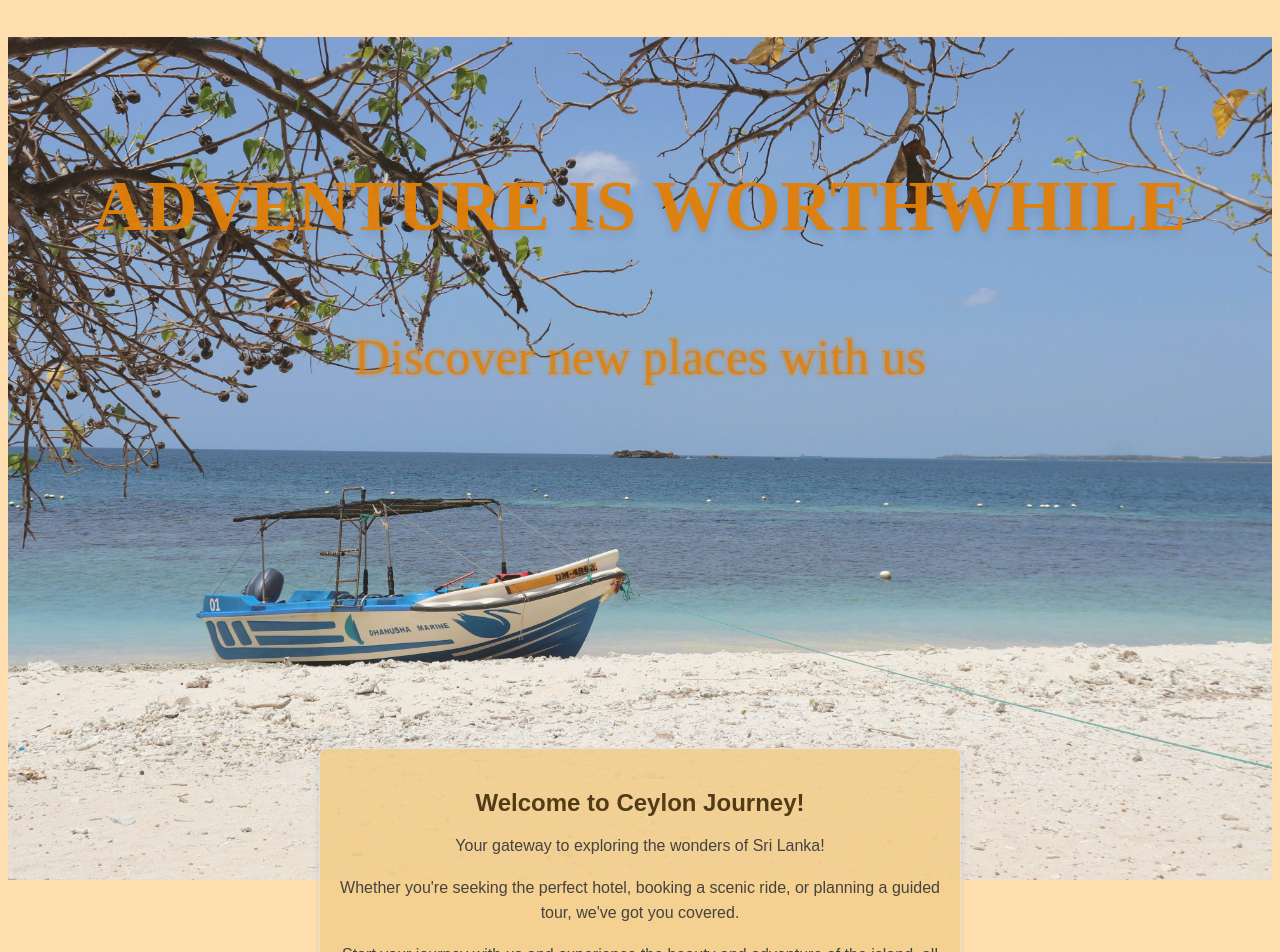
Repository: KasunInd27/Ceylon-Journey
Page: Home/home.html
The author's editor kept a copy of each file at every save. The page is drawn from the files as they stood at one save, then again after the next save.
The browser window is 1280 px wide. The pictures show the part of the page from y = 0 to 952 px (the page is 1542 px tall).
A picture or video elsewhere on the page could not be fetched, so the positions and the page height are approximate.

Above is the page before, as saved 2024-10-05 16:09:24.
Console error: SyntaxError: Unexpected token '<'

### Home/home.html
<!DOCTYPE html>
<html lang="en">
<head>
    <meta charset="UTF-8">
    <meta name="viewport" content="width=device-width, initial-scale=1.0">
    <!-- Font Awesome CDN link for using icons -->
    <link rel="stylesheet" href="https://cdnjs.cloudflare.com/ajax/libs/font-awesome/5.15.3/css/all.min.css">
    <link href="https://fonts.googleapis.com/css2?family=Roboto:wght@400;700&display=swap" rel="stylesheet">

    <link rel="stylesheet" href="CSS/home.css">
    <script src="JS/home.js"></script>
    <style>
        .mySlides {display:none;}
    </style>
    <title>Home Page</title>
</head>
<body>
    <section class="home" id="home">
        <div class="content">
            <h3>adventure is worthwhile</h3>
            <p>Discover new places with us</p>
        </div>

        <div class="slide">
            <img class="homeSlides" src="../image/train.jpg" style="width:100%">
            <img class="homeSlides" src="../image/boat.jpg" style="width:100%">
            <img class="homeSlides" src="../image/fish.jpg" style="width:100%">
        </div>
    </section>

    <section class="welcome">
        <h2>Welcome to Ceylon Journey!</h2>
        <p>Your gateway to exploring the wonders of Sri Lanka!</p>
        <p>Whether you're seeking the perfect hotel, booking a scenic ride, or planning a guided tour, we've got you covered.</p>
        <p>Start your journey with us and experience the beauty and adventure of the island, all in one place.</p>
    </section>

    <div class="details">
        <div class="detailsInner">
            <h2>300 + hotel</h2>
            <a href="#"><img src="../image/hotel-home.jpg"></a>
            <a href="#"><p>For affordable prices</p></a>
        </div>

        <div class="detailsInner">
            <h2>Discover beauty of Sri Lanka</h2>
            <a href="#"><img src="../image/place-home.jpg"></a>
            <a href="#"><p>Most trending destinations</p></a>
        </div>

        <div class="detailsInner">
            <h2>Fascinating Discount</h2>
            <a href="#"><img src="../image/discount-home.jpg"></a>
            <a href="#"><p>Enjoy discount for your stay</p></a>
        </div>
    </div>








    <script>
        var myIndex = 0;
        carousel();

        function carousel() {
          var i;
          var x = document.getElementsByClassName("homeSlides");
          for (i = 0; i < x.length; i++) {
            x[i].style.display = "none";
          }
          myIndex++;
          if (myIndex > x.length) {myIndex = 1}
          x[myIndex-1].style.display = "block";
          setTimeout(carousel, 4000); // Change image every 2 seconds
        }
        </script>




</body>
</html>

### Home/CSS/home.css
body{
    background-color: #ffdfaf;
}

.home.controls {
    padding: 1rem;
    border-radius: 5rem;
    background: rgba(169, 1, 1, 0.7);
    position: relative;
    top: 10rem;

}

.home .controls .img-btn {

    height: 2rem;
    width: 2rem;
    display: inline-block;
    border-radius: 50%;
    background: #fff;
    cursor: pointer;
    margin: 0 .5rem;

}
.home .controls .img-btn.active {
    background: var(--orange);
}

.content
{
    margin-top: -200px;
    text-shadow: 0px 0px 5px;
}

#home {
    min-height: 100vh;
    /* Ensures it takes up the full viewport height */
    display: flex;
    /* Enables flexbox layout */
    align-items: center;
    /* Vertically centers content */
    justify-content: center;
    /* Horizontally centers content */
    flex-flow: column;
    /* Aligns children in a column layout */
    position: relative;
    /* Allows child elements to use absolute positioning */
    z-index: 0;
    /* Ensures this section has the correct stacking order */
    margin-left: 0px;
    margin-right: 0px;
}
.home .content {
    text-align: center;
    /* Centers the text within the .content container */
}
/* Styles for h3 elements inside the .content class within the .home section */

.home .content h3 {
    font-size: 4.5rem;
    /* Sets a large font size for the heading */
    color: #e17f08f4;
    /* White text color */
    text-transform: uppercase;
    /* Makes the text uppercase */
    text-shadow: 0 .3rem .5rem rgba(0, 0, 0, .1);
    /* Adds a soft shadow to the text */
}

.home .content p {
    font-size: 2.5rem;
    /* Sets the font size for paragraphs inside the .content class in the .home section */
    color: #e17f08f4;
    /* Sets the text color to white */
    padding: 0.5rem 0;
    /* Adds vertical padding (top and bottom) of 0.5rem */
    opacity: 0.90;
    z-index: -1;
    font-size: 50px;
}


.slide
{
    margin-top: -590px;
    background-size:contain;
    background-position:center;
    background-repeat: no-repeat;
    position:absolute;
    width: 100%;
    height: 10%;
    opacity: 0.90;
    z-index: -1;
}

.welcome {
    background-color: #f3cf8e; /* Light background */
    border: 1px solid #dee2e6; /* Border around the section */
    border-radius: 8px; /* Rounded corners */
    padding: 20px; /* Padding inside the section */
    margin: 20px auto; /* Center the section */
    max-width: 600px; /* Maximum width */
    text-align: center; /* Center text */
    box-shadow: 0 4px 8px rgba(0, 0, 0, 0.1); /* Subtle shadow for depth */
    font-family: 'Playwrite Deutschland Grundschrift', sans-serif; /* Apply the Roboto font */
    z-index: -1;
    opacity: 0.90;
}

.welcome h2 {
    color: #412b03; /* Primary color for heading */
    margin-bottom: 15px; /* Space below the heading */
    z-index: -5;
}

.welcome p {
    color: #333; /* Dark gray for text */
    line-height: 1.6; /* Improved line spacing */
    margin-bottom: 10px; /* Space below paragraphs */
    z-index: -5;
}

.details{
    display: flex;
}

.detailsInner {
    background-color: white;
    box-shadow: 0px 0px 10px rgba(0, 0, 0, 0.3);
    border-radius: 5px;
    align-items:self-start;
    margin: 50px;
    height: 390px;
    width: 400px;
}

.detailsInner img {
    width: 100%;
}

.detailsInner img:hover{
    cursor: pointer;
}

.detailsInner h2 {
    color: #dd8d15;
}

.detailsInner a {
    text-decoration: none;
    color: #f1a32d;
}

.detailsInner:hover{
    font-weight: bold;
    cursor: pointer;
    transform: scale(1.1);
}

.details .detailsInner h2
{
    text-align: center;
    align-items: center;
}

.details .detailsInner p
{
    text-align: center;
    align-items: center;
    font-size: 20px;
}

### Home/JS/home.js
<!DOCTYPE html>
<html lang="en">
<head>
    <meta charset="UTF-8">
    <meta name="viewport" content="width=device-width, initial-scale=1.0">
    <!-- Font Awesome CDN link for using icons -->
    <link rel="stylesheet" href="https://cdnjs.cloudflare.com/ajax/libs/font-awesome/5.15.3/css/all.min.css">
    <link href="https://fonts.googleapis.com/css2?family=Roboto:wght@400;700&display=swap" rel="stylesheet">

    <link rel="stylesheet" href="CSS/home.css">
    <script src="JS/home.js"></script>
    <style>.imgSlide {display:none;}</style>
    <title>Home Page</title>
</head>
<body>
    <section class="home" id="home">
        <div class="content">
            <h3>adventure is worthwhile</h3>
            <p>discover new places with us,adventure awaits</p>
            <a href="#" class="btn">discover more</a>
        </div>

        <div class="image-slide" style="max-width:500px">
            <img class="imgSlide" src="../image/train.jpg" style="width:100%">
            <img class="imgSlide" src="../image/elephants.jpg" style="width:100%">
            <img class="imgSlide" src="../image/boats.jpg" style="width:100%">
            <img class="imgSlide" src="../image/fish.jpg" style="width:100%">
            <img class="imgSlide" src="../image/arc.jpg" style="width:100%">

        </div>


    </section>
</body>
</html>

After the next save:
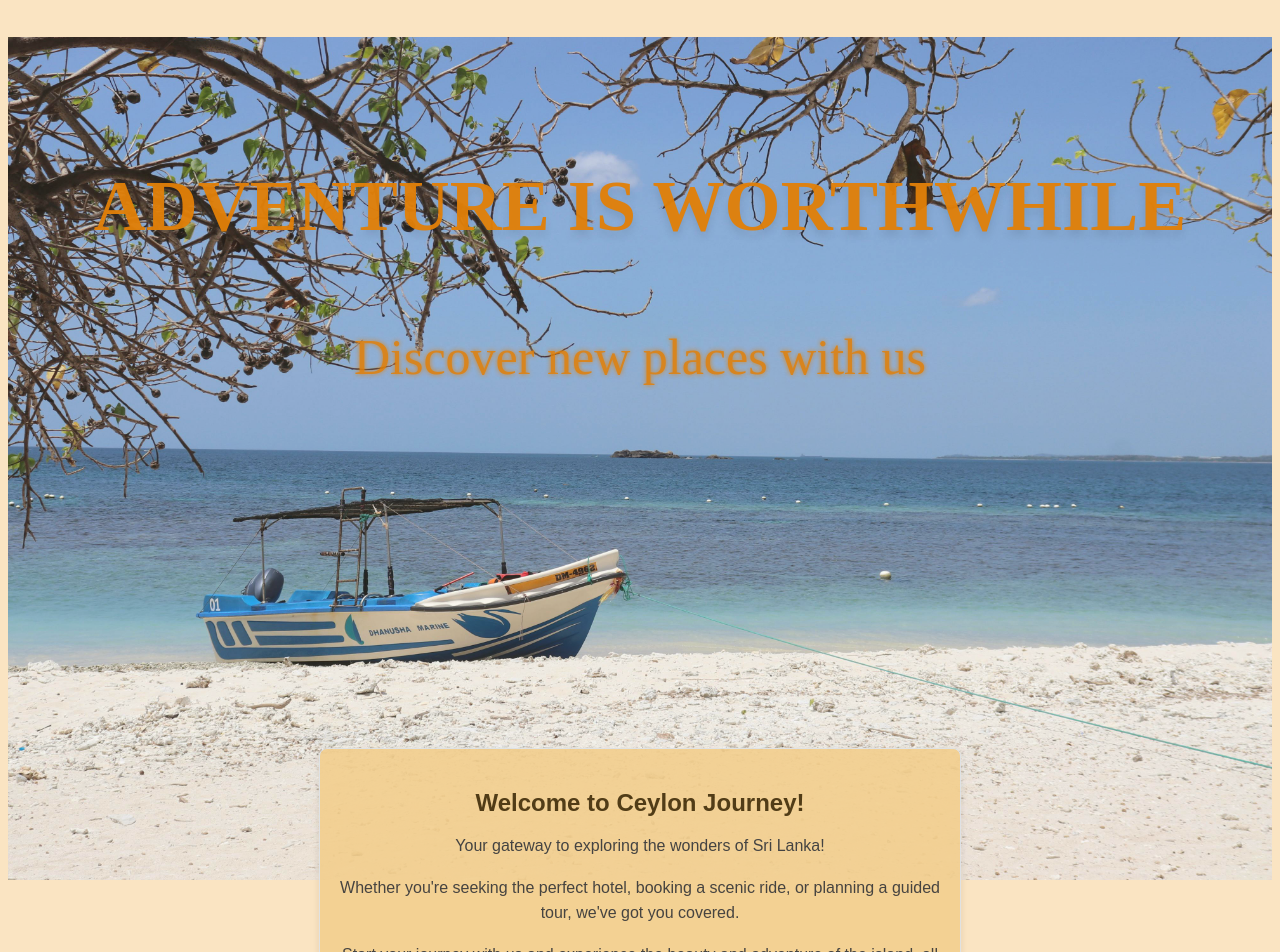
Saved 45 s later.
--- a/Home/CSS/home.css
+++ b/Home/CSS/home.css
@@ -1,5 +1,5 @@
 body{
-    background-color: #ffdfaf;
+    background-color: #fae4c2;
 }
 
 .home.controls {
